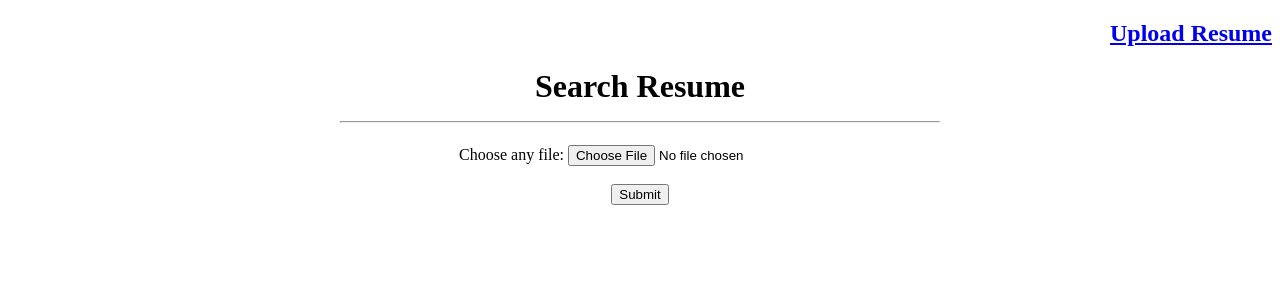
Repository: prashantsuman07/Manthan-ELF-16-OCT-19-Prashant-Suman
Page: http://localhost/Resume_Finder_Java_Application/JSP/SearchResume.jsp
These files come from the project's save history. The page is drawn as it stood at one moment and after the next save; the edit follows.
The browser window is 1280 px wide. The pictures show the whole page.
The page is served by Tomcat 9.

Above is the page before, as saved 2019-12-02 12:23:42.

After the next save:
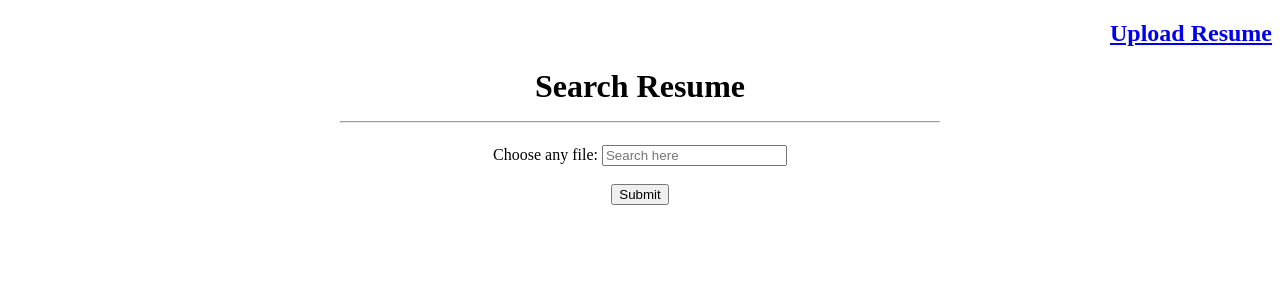
Saved 77 s later.
--- a/assignments/Resume_Finder_Java_Application/Resume_Finder_Java_Application/WebContent/JSP/SearchResume.jsp
+++ b/assignments/Resume_Finder_Java_Application/Resume_Finder_Java_Application/WebContent/JSP/SearchResume.jsp
@@ -19,8 +19,8 @@ margin:auto;
 <h1 align="Center">Search Resume<hr></h1>
 <form action="" method="get" align="center">
 <label>Choose any file:</label>
-<input name="userfile" type="file" accept="application/pdf, application/msword"/><br><br>
-<input type="submit" name="Upload Resume">
+<input type="text" value="" placeholder="Search here" name="search"/><br><br>
+<input type="submit" name="Search Resume">
 </form>
 </div>
 </body>
